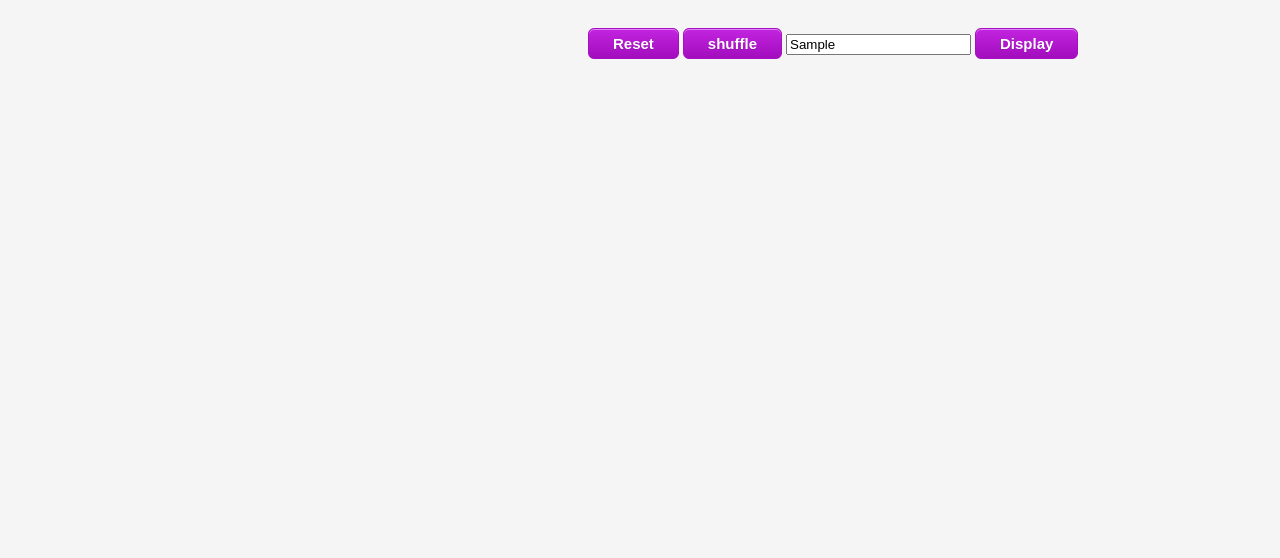
Repository: rashmikagamage/puzzle-vanila-js
Page: index.html
The author's editor kept a copy of each file at every save. The page is drawn from the files as they stood at one save, then again after the next save.
The browser window is 1280 px wide. The pictures show the whole page.
Empty fields were first filled with sample values (such as "Sample", 5 or name@example.com).
After loading, the first visible `button[onclick="display()"]` was clicked once.

Above is the page before, as saved 2020-08-06 13:08:34.

### index.html
<!DOCTYPE html>
<html>

<head>
    <link rel="stylesheet" type="text/css" href="./style.css">
</head>

<body>

    <div class="gridContainer" id="imgContainer"></div>
    <button class="reset " style="margin-left: 580px; " onclick="reset() " align="center ">Reset</button>
    <button class="reset " onclick="shuffle() ">shuffle</button>

    <input type="text" id="number">
    <button class="reset" onclick="display()"> Display</button>

    <script src="./function.js">
    </script>

</body>

</html>

### style.css
.gridContainer {
    display: grid;
}

body {
    background-color: whitesmoke;
}

.wrapper {
    margin-left: 460px;
    margin-top: 50px;
    display: grid;
    grid-template-columns: 143px 143px 143px;
    grid-template-rows: 145px 145px 148px;
}

.reset {
    margin-top: 20px;
    box-shadow: inset 0px 1px 0px 0px #e184f3;
    background: linear-gradient(to bottom, #c123de 5%, #a20dbd 100%);
    background-color: #c123de;
    border-radius: 6px;
    border: 1px solid #a511c0;
    display: inline-block;
    cursor: pointer;
    color: #ffffff;
    font-family: Arial;
    font-size: 15px;
    font-weight: bold;
    padding: 6px 24px;
    text-decoration: none;
    text-shadow: 0px 1px 0px #9b14b3;
}

.reset:hover {
    background: linear-gradient(to bottom, #a20dbd 5%, #c123de 100%);
    background-color: #a20dbd;
}

.reset:active {
    position: relative;
    top: 1px;
}

.test {
    width: 350px;
    height: 70px;
    padding: 10px;
    border: 1px solid #aaaaaa;
}

### function.js
let cells = [];
let cellsCopy = []
let dragElement;
let moves = 0;
let num;
let num2;

function display() {
    num = document.getElementById("number").value;
    num2 = num;
    cellsCopy = [...cells];
    let cellSize = 450 / num + "px";
    let diff = 100 / num;
    let grid = "";
    let row = num;
    let col = num;
    let idCount = 0;

    for (let i = 0; i < num; i++) {
        grid = grid + cellSize + " ";
    }

    document.getElementById("imgContainer").style.gridTemplateColumns = grid;
    let yPosition = 0;
    for (let i = 0; i < row; i++) {
        let xPosition = 0;
        for (let j = 0; j < col; j++) {

            var x = document.createElement("div");
            x.style.width = cellSize;
            x.style.height = cellSize;
            x.style.border = "solid white 1px";
            x.setAttribute("id", "img" + idCount);

            if (idCount == (num * num) - 1) {
                x.style.backgroundColor = "white";
                cells.push({ 'x': -1, 'y': -1 });
            } else {
                x.style.backgroundImage = "url('./chess.jpg')";
                cells.push({ 'x': xPosition, 'y': yPosition });
            }

            x.style.backgroundPosition = xPosition + "% " + yPosition + "%";
            x.innerText = xPosition + " " + yPosition
            x.draggable = "true";
            x.addEventListener("dragstart", () => drag(event))
            x.addEventListener("dragover", () => allowDrop(event))
            x.addEventListener("drop", () => move(event))
            document.getElementById("imgContainer").appendChild(x);
            xPosition = xPosition + (100 / (num - 1));
            idCount++;

        }
        yPosition = yPosition + (100 / (num - 1));
    }
    cellsCopy = [...cells]
}

function build() {
    var flag = true;
    for (let i = 0; i < 9; i++) {
        cell = "i" + i;
        document.getElementById(cell).src = './puzzle-imgs/' + cells[i] + '.jpg';
    }

    //if array equals to starting array user wins
    for (let i = 0; i < cellsCopy.length; i++) {
        if (cells[i] != cellsCopy[i]) {
            flag = false;
            break;
        }
    }
    if (flag == true && moves > 0) {
        won();
    }
}


function allowDrop(ev) {
    ev.preventDefault();
}

function drag(ev) {
    ev.dataTransfer.setData("contain", ev.target.id);
    dragElement = parseInt(event.target.id.substring(3));
}

function move(ev) {
    let num = num2
    dropElement = parseInt(event.target.id.substring(3));

    let flag = false;
    //handling right moves
    if (dragElement % num < (num - 1) && cells[dropElement].x == -1) {

        if (cells[dragElement + 1].x == -1) {

            document.getElementById("img" + dragElement).style.backgroundImage = "";
            document.getElementById("img" + dragElement).style.backgroundColor = "white";
            document.getElementById("img" + dropElement).style.backgroundImage = "url('./chess.jpg.')";
            document.getElementById("img" + dropElement).style.backgroundPosition = cells[dragElement].x + "% " + cells[dragElement].y + "% ";
            temp = cells[dragElement];
            cells[dragElement] = cells[dropElement];
            cells[dropElement] = temp;
            flag = true;
            moves++;
            checkWin();

            //;
        }
    }

    //handling down moves
    console.log(dragElement)
    if (dragElement < ((num * num) - num) && cells[dropElement].x == -1) {
        if (cells[dragElement + num].x == -1) {
            document.getElementById("img" + dragElement).style.backgroundImage = "";
            document.getElementById("img" + dragElement).style.backgroundColor = "white";
            document.getElementById("img" + dropElement).style.backgroundImage = "url('./chess.jpg.')";
            document.getElementById("img" + dropElement).style.backgroundPosition = cells[dragElement].x + "% " + cells[dragElement].y + "% ";
            temp = cells[dragElement];
            cells[dragElement] = cells[dropElement];;
            cells[dropElement] = temp;
            flag = true;
            moves++;
            checkWin();
        }
    }

    //handling up moves
    if (dragElement < (num * num) && dragElement > num - 1 && cells[dropElement].x == -1) {

        if (cells[dragElement - num].x == -1) {
            document.getElementById("img" + dragElement).style.backgroundImage = "";
            document.getElementById("img" + dragElement).style.backgroundColor = "white";
            document.getElementById("img" + dropElement).style.backgroundImage = "url('./chess.jpg.')";
            document.getElementById("img" + dropElement).style.backgroundPosition = cells[dragElement].x + "% " + cells[dragElement].y + "% ";
            temp = cells[dragElement];
            cells[dragElement] = cells[dropElement];
            cells[dropElement] = temp;
            flag = true;
            moves++;
            checkWin();
        }
    }

    //handling left moves
    if (dragElement % num > 0 && cells[dropElement].x == -1) {
        if (cells[dragElement - 1].x == -1) {
            document.getElementById("img" + dragElement).style.backgroundImage = "";
            document.getElementById("img" + dragElement).style.backgroundColor = "white";
            document.getElementById("img" + dropElement).style.backgroundImage = "url('./chess.jpg.')";
            document.getElementById("img" + dropElement).style.backgroundPosition = cells[dragElement].x + "% " + cells[dragElement].y + "% ";
            temp = cells[dragElement];
            cells[dragElement] = cells[dropElement];
            cells[dropElement] = temp;
            flag = true;
            moves++;
            checkWin();
        }
    }
    if (flag == false) {
        alert("Can not be Moved");
    }
}

function checkWin() {
    var flag = true;

    //if array equals to starting array user wins
    for (let i = 0; i < cellsCopy.length; i++) {
        if (cells[i] != cellsCopy[i]) {
            flag = false;
            break;
        }
    }
    if (flag == true && moves > 0) {
        alert("win")
    }
}

After the next save:
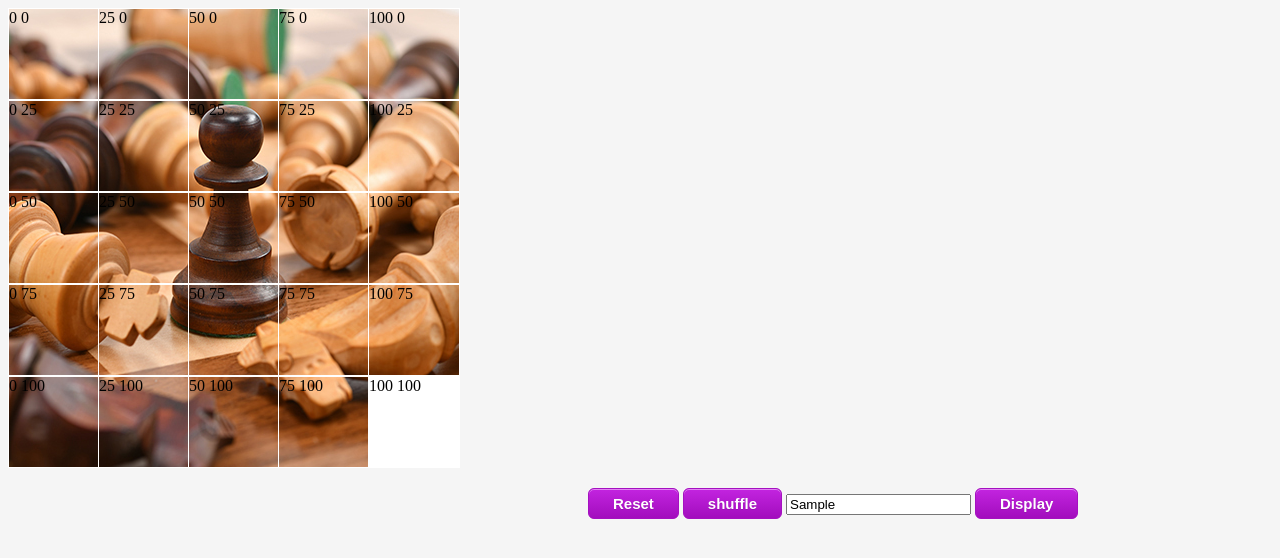
Saved 38 s later.
--- a/function.js
+++ b/function.js
@@ -6,7 +6,7 @@ let num;
 let num2;
 
 function display() {
-    num = document.getElementById("number").value;
+    num = 5;
     num2 = num;
     cellsCopy = [...cells];
     let cellSize = 450 / num + "px";
